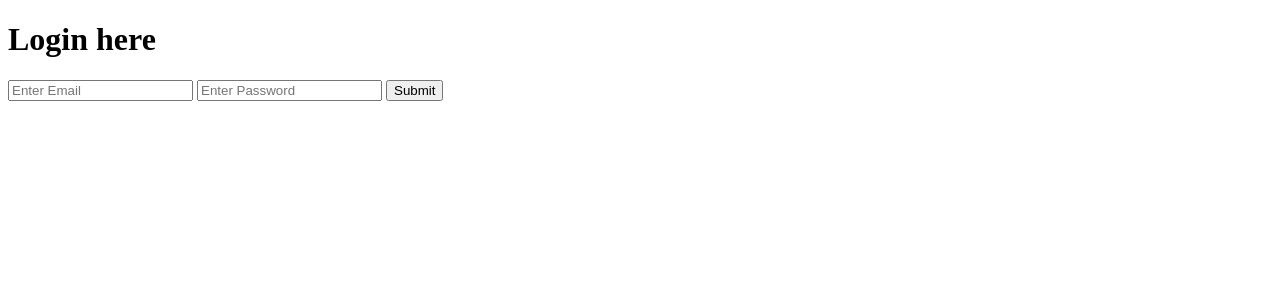
Repository: Laxman877/PracticeJava
Page: http://localhost/Hibernate_Assingment_0003_Flow_Check/login.jsp
The author's editor kept a copy of each file at every save. The page is drawn from the files as they stood at one save, then again after the next save.
The browser window is 1280 px wide. The pictures show the whole page.
The page is served by Tomcat 9.

Above is the page before, as saved 2022-07-26 05:58:15.

After the next save:
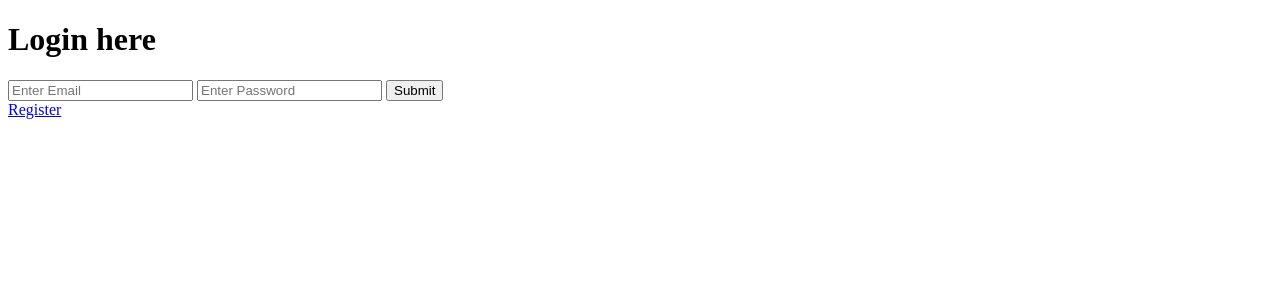
Saved 2 min 27 s later.
--- a/Hibernate_Assingment_0003_Flow_Check/src/main/webapp/login.jsp
+++ b/Hibernate_Assingment_0003_Flow_Check/src/main/webapp/login.jsp
@@ -17,5 +17,6 @@
 <input type="text" name="pass" placeholder="Enter Password">
 <input type="submit">
 </form>
+<a href="index.jsp">Register</a>
 </body>
 </html>
